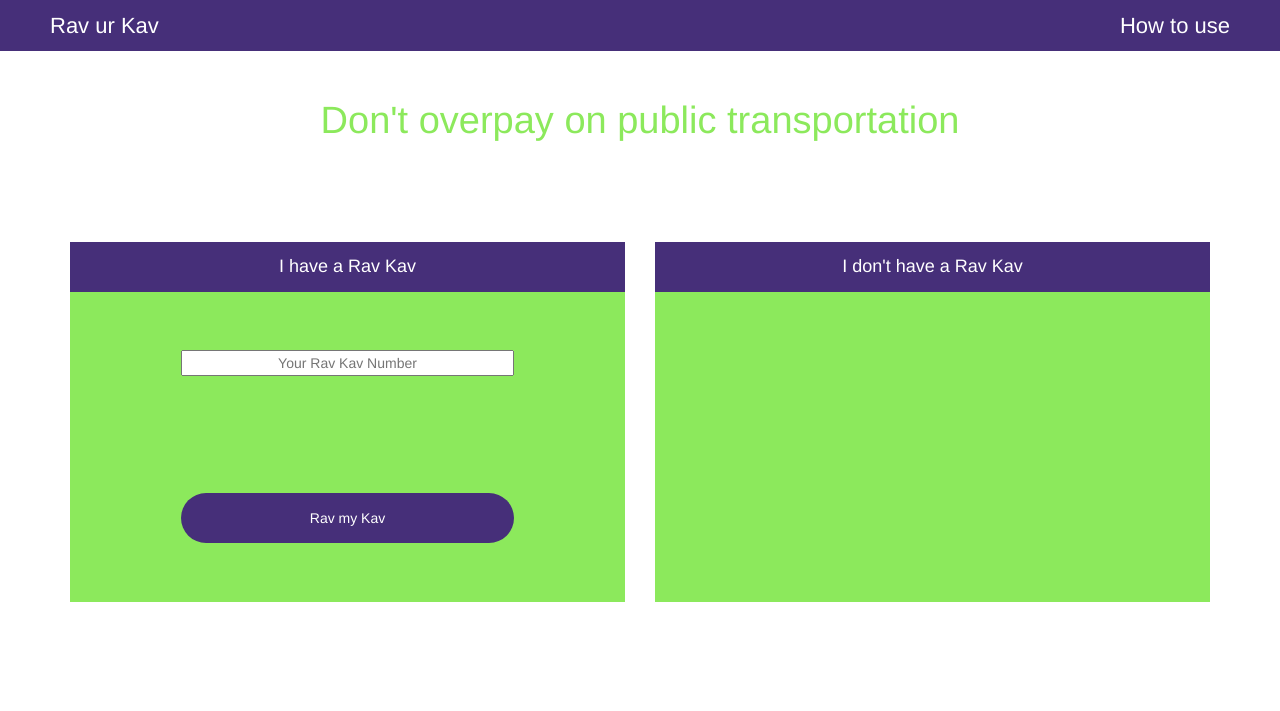
Repository: Louhla/Rav-ur-Kav
Page: index.html
An editor plug-in stored every save of this project. The page is shown before and after the next save, followed by the edit.
The browser window is 1280 px wide. The pictures show the whole page.

Above is the page before, as saved 2019-07-17 15:21:19.

After the next save:
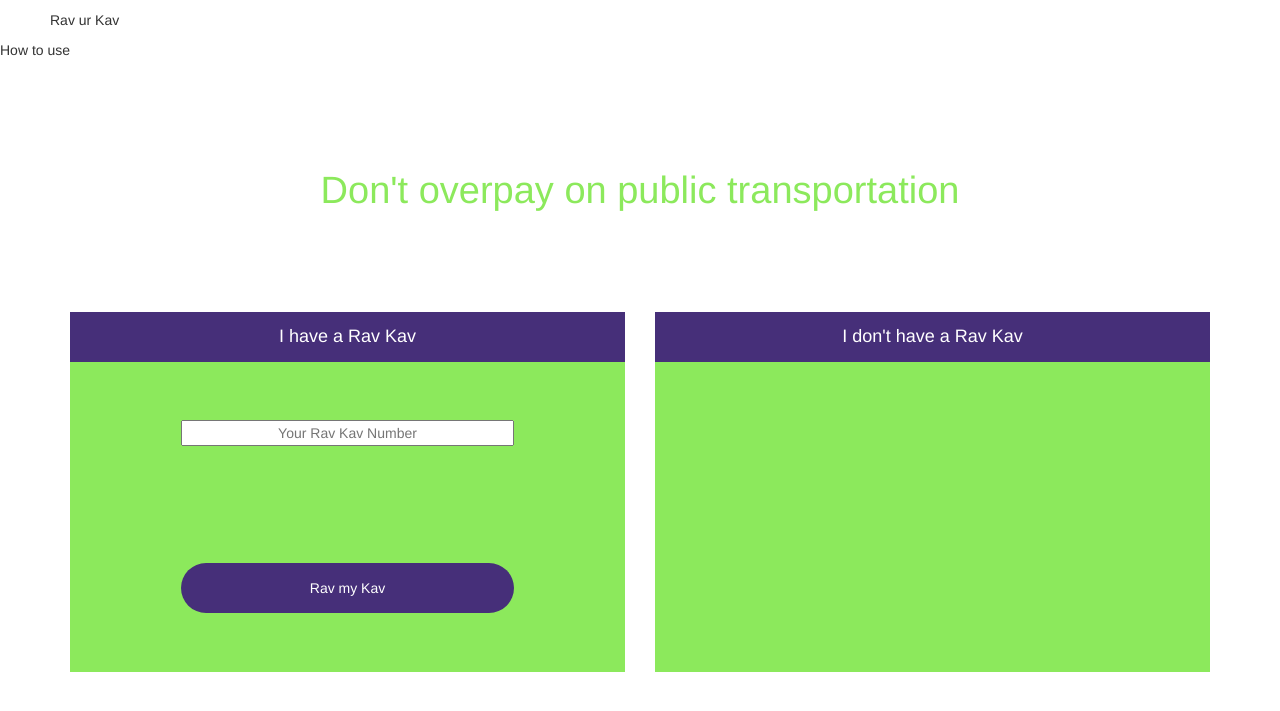
Saved 13 s later.
--- a/css/rav-ur-kav.css
+++ b/css/rav-ur-kav.css
@@ -67,7 +67,7 @@ body {
     text-align: center;
     padding: 0;
 }
-heading{
+.header{
     display: flex;
     position: fixed;
     z-index: 9;
